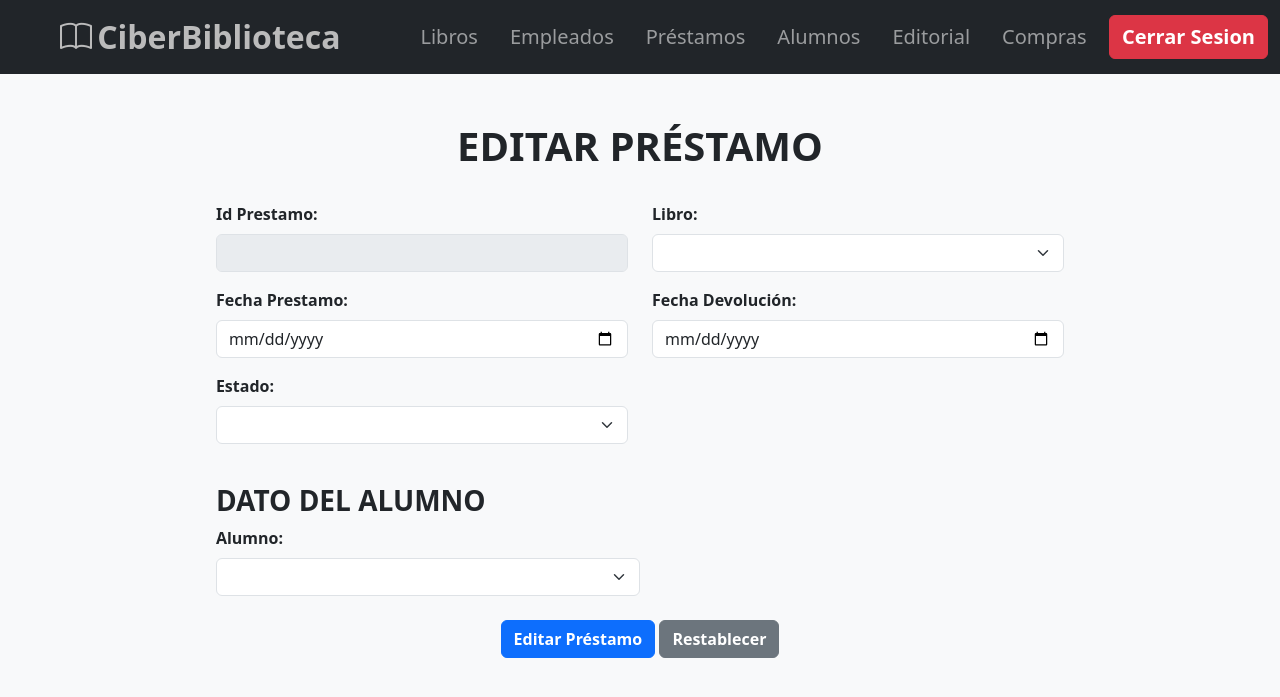
Repository: WilmerOcampo/Biblioteca_Project
Page: http://localhost/Biblioteca_Project/editarPrestamo.jsp
The author's editor kept a copy of each file at every save. The page is drawn from the files as they stood at one save, then again after the next save.
The browser window is 1280 px wide. The pictures show the whole page.
The page is served by Tomcat 10. Queries for data that is not in the repository find no rows.

Above is the page before, as saved 2023-06-28 21:52:44.

After the next save:
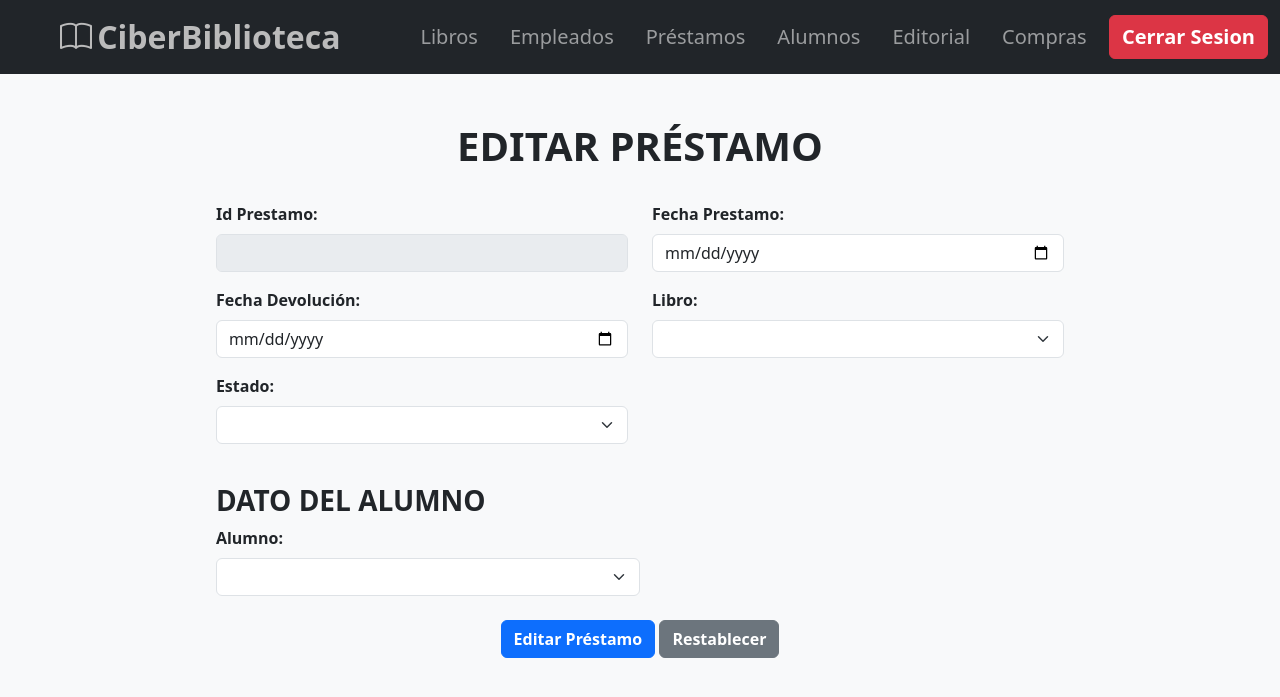
Saved 52 s later.
--- a/Biblioteca_Project/src/main/webapp/editarPrestamo.jsp
+++ b/Biblioteca_Project/src/main/webapp/editarPrestamo.jsp
@@ -30,6 +30,16 @@
 						<input type="text" class="form-control" id="id" name="id" disabled value="${ prestamo.idPrestamo }">
 				</div>
                 <div class="col-md-6">
+                    <label for="fecpre" class="form-label"><b>Fecha Prestamo:</b></label>
+                    <input type="date" class="form-control" id="fecpre" name="fecpre" value="${ prestamo.fecPres }">
+                </div>
+            </div>
+            <div class="row mb-3">
+                <div class="col-md-6">
+                    <label for="fecdev" class="form-label"><b>Fecha Devolución:</b></label>
+                    <input type="date" class="form-control" id="fecdev" name="fecdev" value="${ prestamo.fecDev }">
+                </div>
+                <div class="col-md-6">
                     <label for="idLibro" class="form-label"><b>Libro:</b></label>
 				    <select class="form-select" id="idLibro" name="idLibro">
 				        <option value="${prestamo.idLibro }" > ${ prestamo.titulo }</option>
@@ -48,17 +58,6 @@
 				            e.printStackTrace();
 				        } %>
 				    </select>
-                </div>
-
-            </div>
-            <div class="row mb-3">
-            	<div class="col-md-6">
-                    <label for="fecpre" class="form-label"><b>Fecha Prestamo:</b></label>
-                    <input type="date" class="form-control" id="fecpre" name="fecpre" value="${ prestamo.fecPres }">
-                </div>
-                <div class="col-md-6">
-                    <label for="fecdev" class="form-label"><b>Fecha Devolución:</b></label>
-                    <input type="date" class="form-control" id="fecdev" name="fecdev" value="${ prestamo.fecDev }">
                 </div>
             </div>
             <div class="row mb-3">
